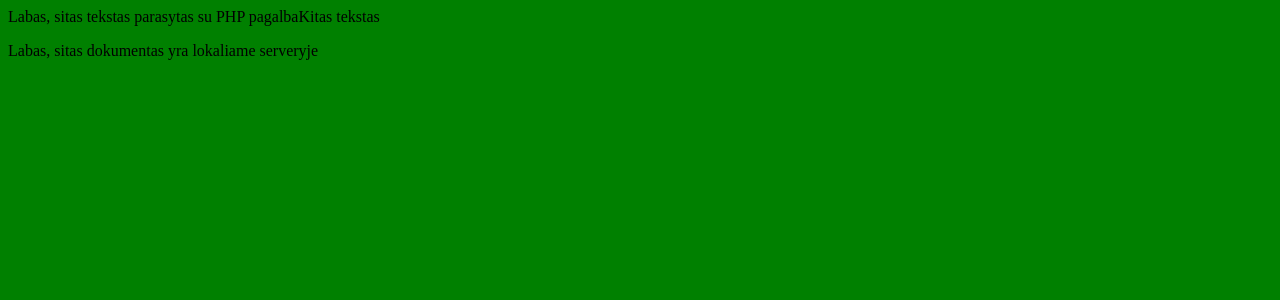
Repository: motiejus1/01-paskaita-PHP-05.31
Page: http://localhost/
These files come from the project's save history. The page is drawn as it stood at one moment and after a run of saves; the edit follows.
The browser window is 1280 px wide. The pictures show the whole page.
The page is run by PHP 8.4 with error messages shown; the project is at /var/www/html/.

Above is the page before, as saved 2021-07-22 20:21:04.

### index.php
<!DOCTYPE html>
<html lang="en">
<head>
    <meta charset="UTF-8">
    <meta http-equiv="X-UA-Compatible" content="IE=edge">
    <meta name="viewport" content="width=device-width, initial-scale=1.0">
    <title>01-paskaita PHP</title>
    <style>
        body {
            background-color: green;
        }
    </style>
</head>
<body>

    <!-- PHP koda -->
    <?php
        echo "Labas, sitas tekstas parasytas su PHP pagalba";
        echo "Kitas tekstas ";
    ?>
    <!-- dokumentas yra pavadintas index.html arba index.php -->

    <p>Labas, sitas dokumentas yra lokaliame serveryje</p>

    <script>
        "use strict";
        console.log("labas");
    </script>
</body>
</html>

After the next 2 saves:
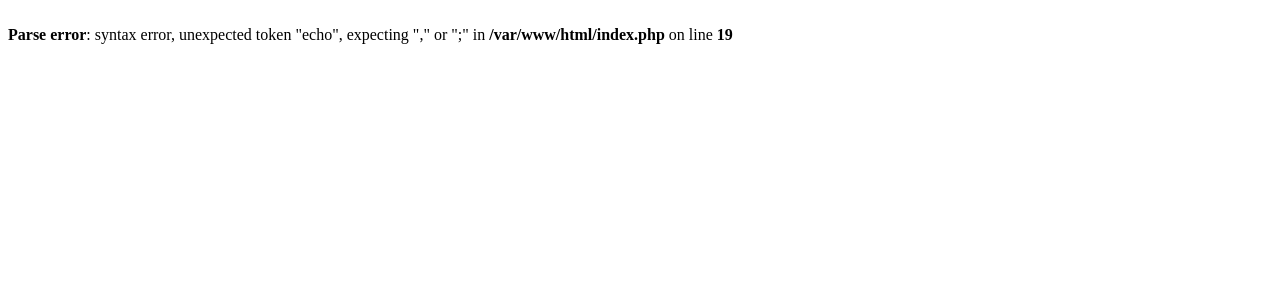
The 2 saves are shown as one change because they came seconds apart.
The last was saved 8 s later.
--- a/index.php
+++ b/index.php
@@ -15,8 +15,8 @@
 
     <!-- PHP koda -->
     <?php
-        echo "Labas, sitas tekstas parasytas su PHP pagalba";
-        echo "Kitas tekstas ";
+        echo "Labas, sitas tekstas parasytas su PHP pagalba"
+        echo "Kitas tekstas pasrasytas PHP pagalba";
     ?>
     <!-- dokumentas yra pavadintas index.html arba index.php -->
 

After the save that followed:
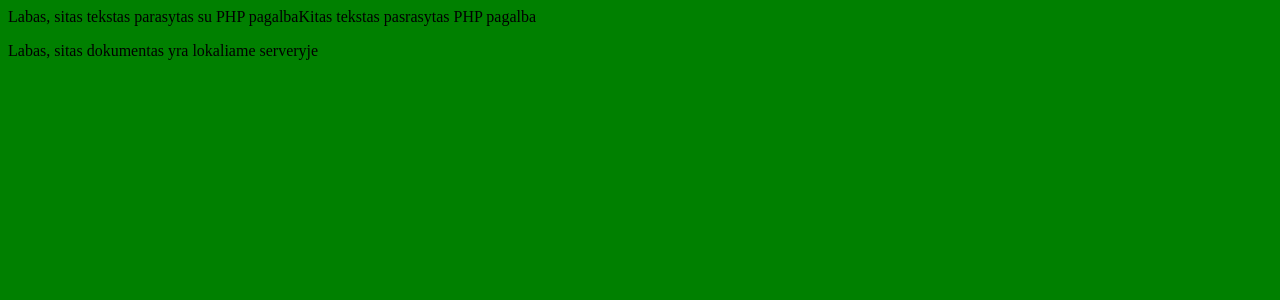
Saved 114 s later.
--- a/index.php
+++ b/index.php
@@ -15,7 +15,7 @@
 
     <!-- PHP koda -->
     <?php
-        echo "Labas, sitas tekstas parasytas su PHP pagalba"
+        echo "Labas, sitas tekstas parasytas su PHP pagalba";
         echo "Kitas tekstas pasrasytas PHP pagalba";
     ?>
     <!-- dokumentas yra pavadintas index.html arba index.php -->
